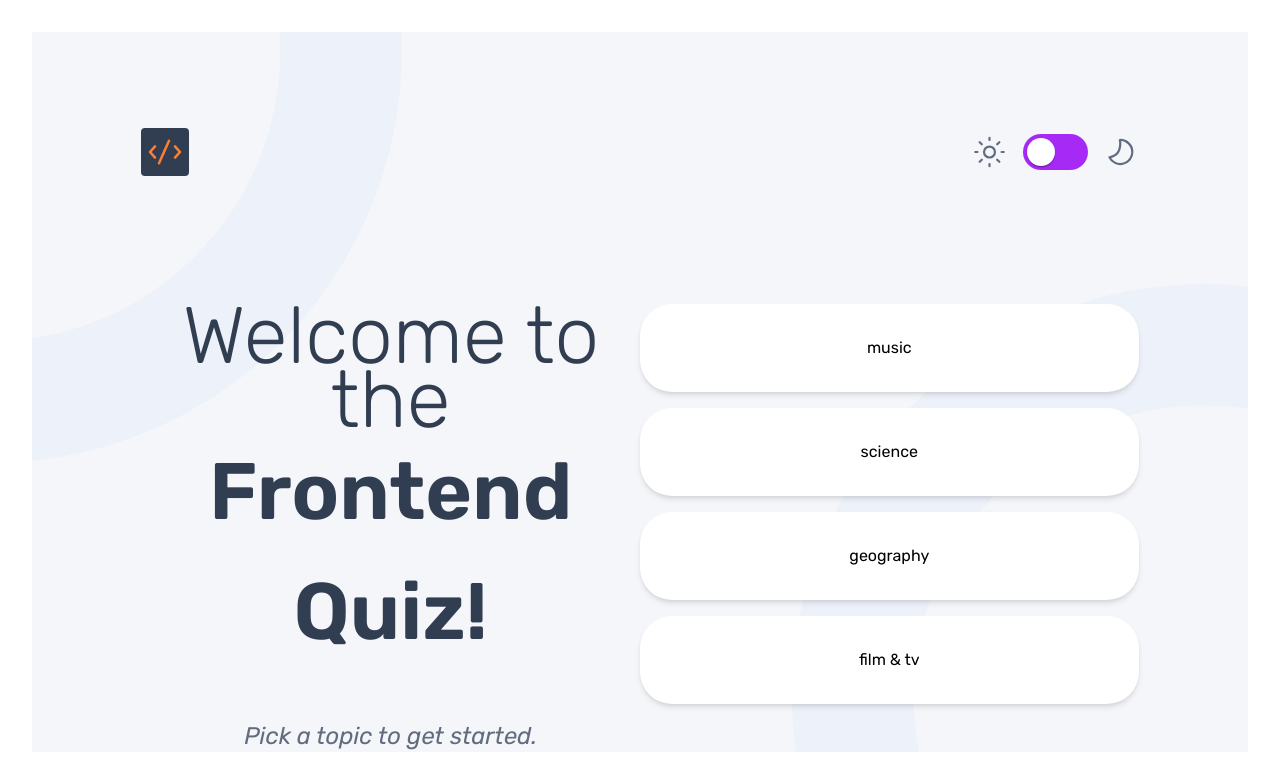
Repository: Shenixo/QuizApp
Page: /
These files come from the project's save history. The page is drawn as it stood at one moment and after the next save; the edit follows.
The browser window is 1280 px wide. The pictures show the whole page.
The project was rebuilt for these pictures with package versions that can differ from the ones it lists, and the page was loaded fresh each time. Also part of the build but not shown: vite.config.js.

Above is the page before, as saved 2025-03-31 14:26:05.

After the next save:
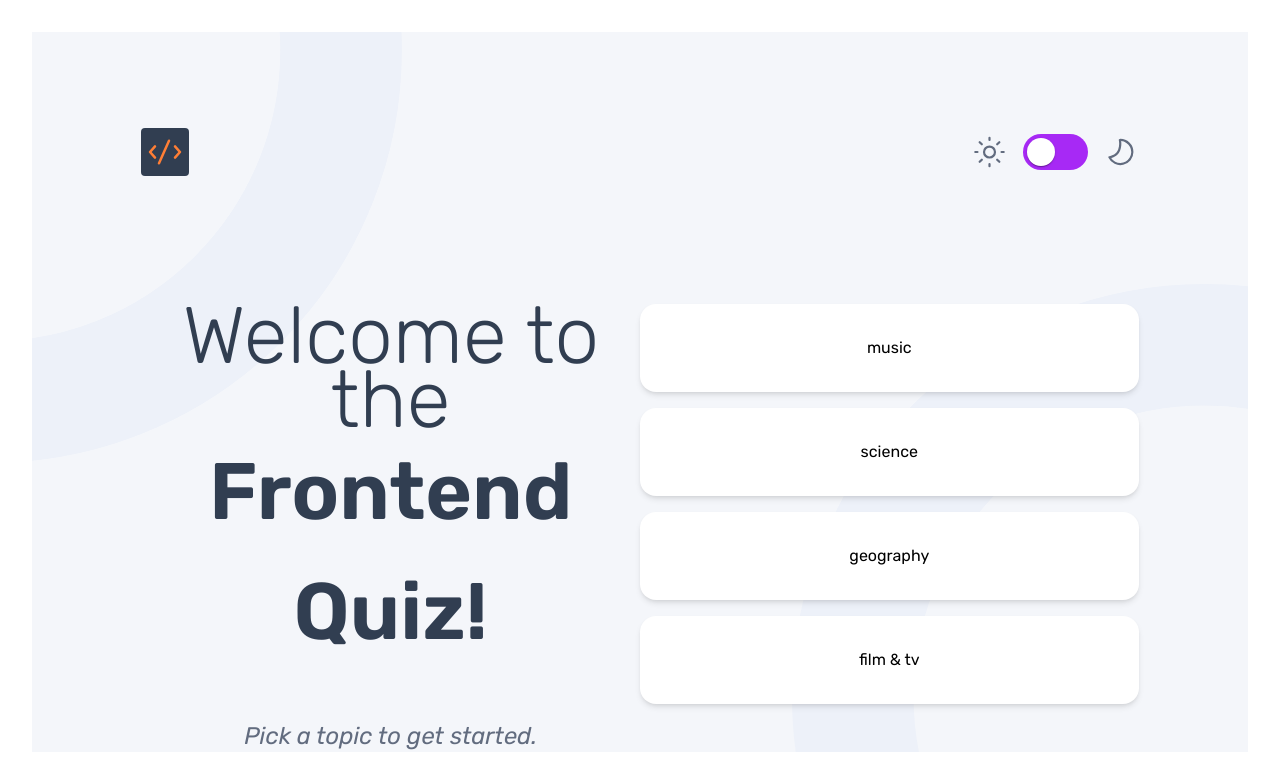
Saved 7 s later.
--- a/src/Components/Option/Option.jsx
+++ b/src/Components/Option/Option.jsx
@@ -10,7 +10,7 @@ const Option = () => {
         <li
           className={`${
             isDarkMode ? "bg-[#3b4d66]" : "bg-[#fff]"
-          } transition-all duration-500 ease-in-out shadow-md shadow-[rgba(0,0,0,0.1)]  p-8 rounded-[2rem]
+          } transition-all duration-500 ease-in-out shadow-md shadow-[rgba(0,0,0,0.1)]  p-8 rounded-[1rem]
 `}
           key={idx}
         >
